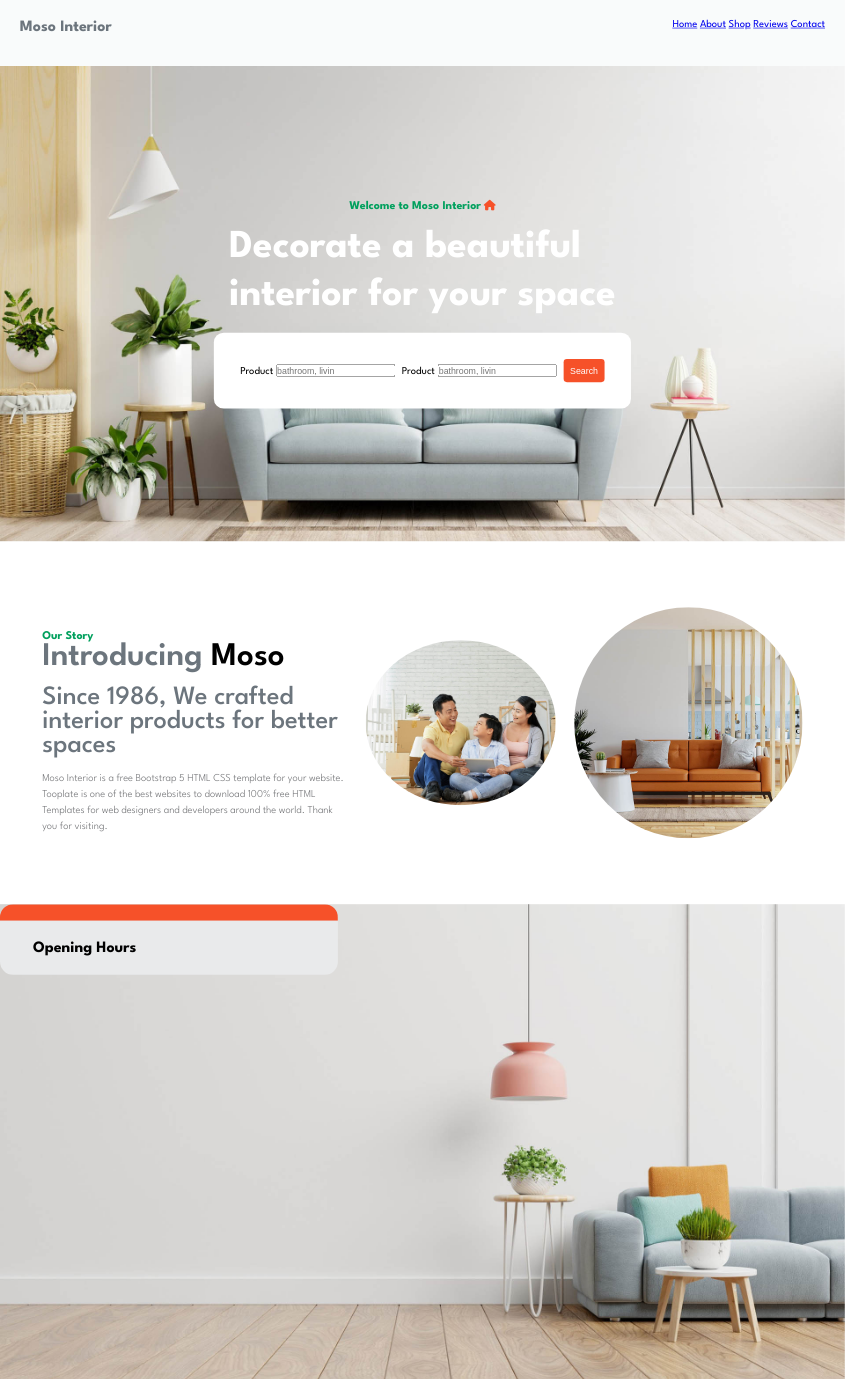
Repository: mariamnabil23/furniture
Page: index.html
These files come from the project's save history. The page is drawn as it stood at one moment and after the next save; the edit follows.
The browser window is 1280 px wide. The pictures show the whole page, at 66% of full size.
Some web fonts or font styles are not loaded; a fallback is used.

Above is the page before, as saved 2024-10-30 17:20:39.

After the next save:
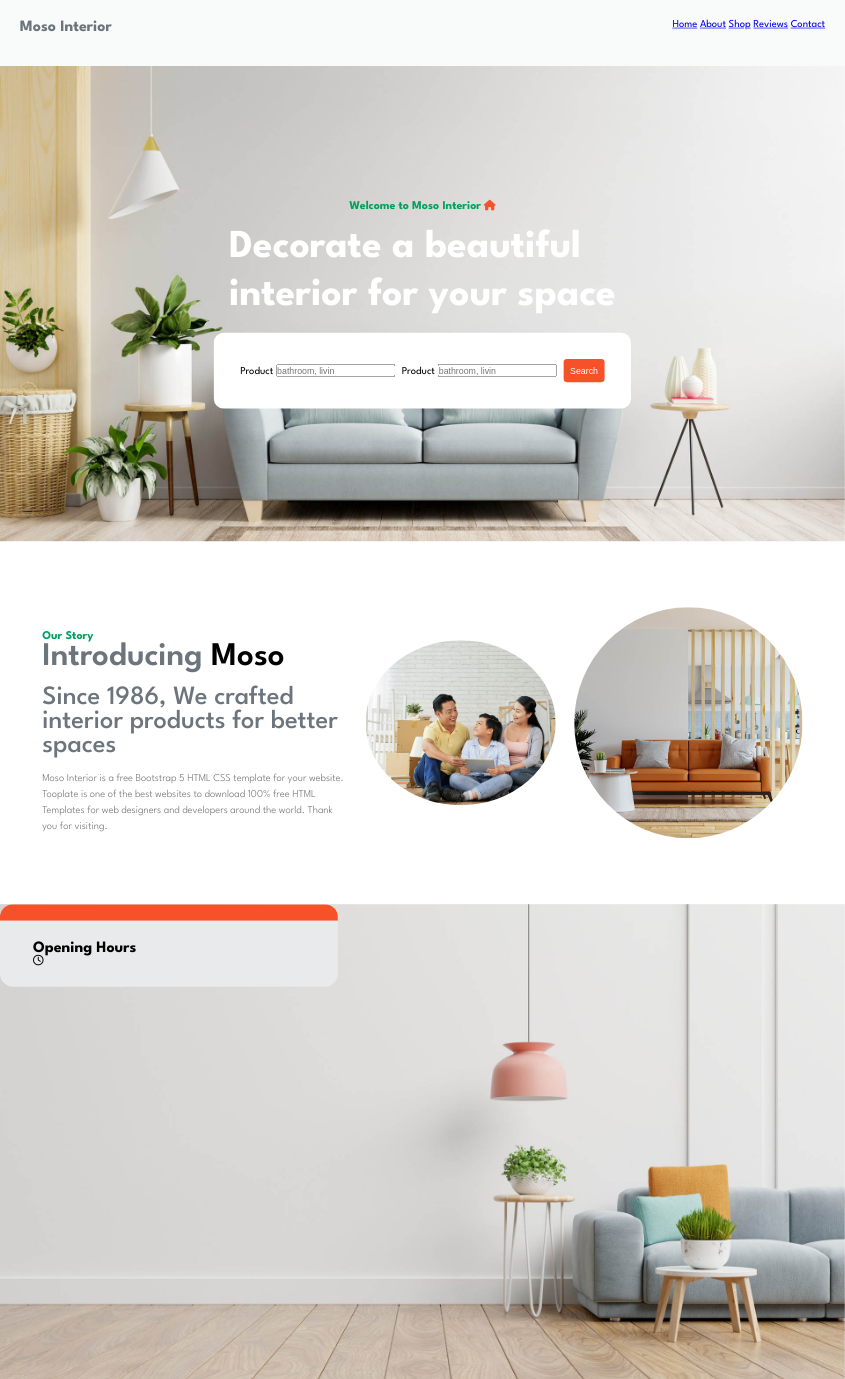
Saved 5 s later.
--- a/index.html
+++ b/index.html
@@ -89,7 +89,7 @@
             <div class="content">
                 <h1>Opening Hours</h1>
                 <div class="box">
-
+                    <i class="fa-regular fa-clock"></i>
                     <div class="hours">
 
                     </div>
